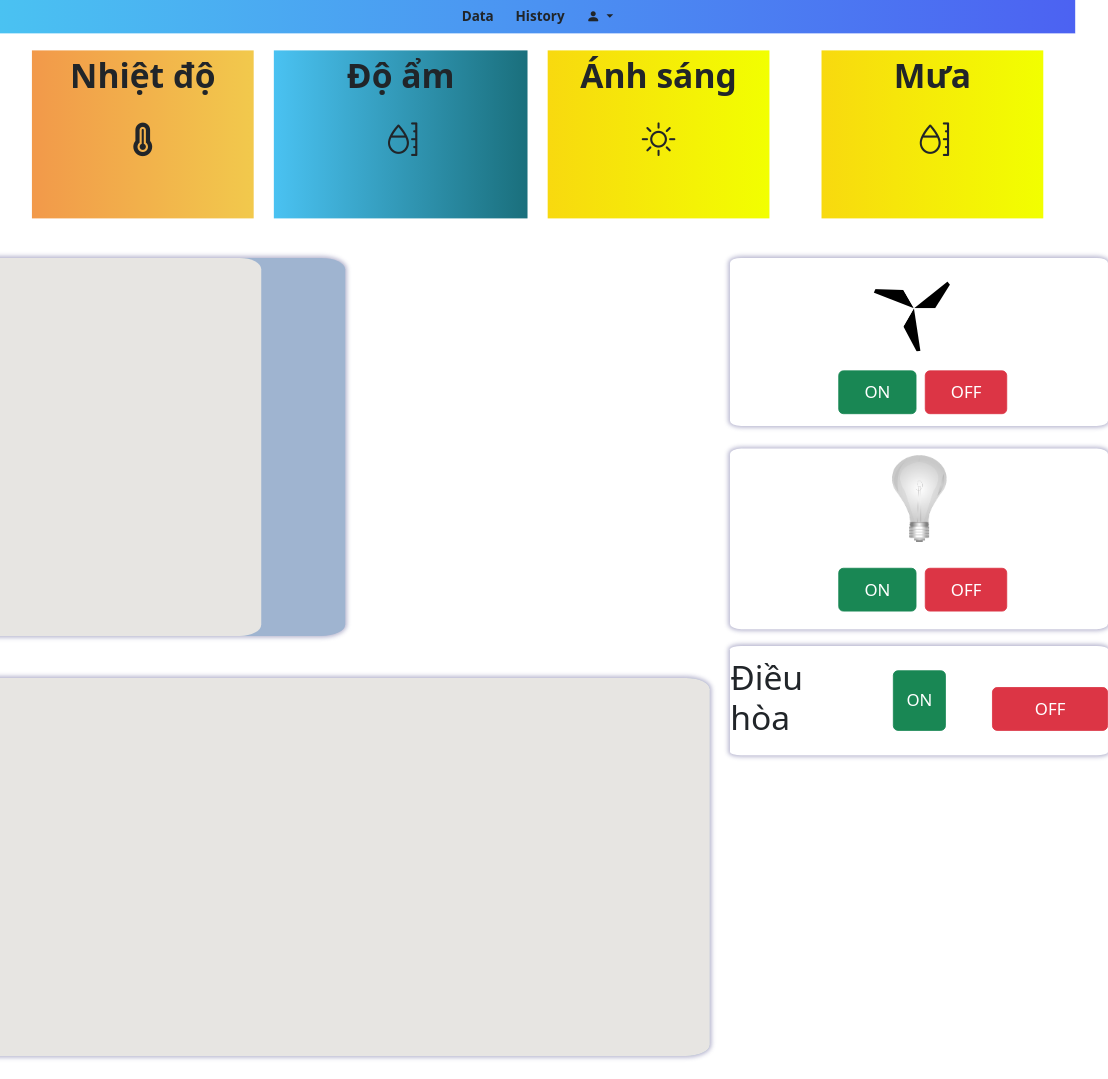
Repository: ndmq03102002/BTL_IOT
Page: Fontend_IOT/iot/index.html
The author's editor kept a copy of each file at every save. The page is drawn from the files as they stood at one save, then again after the next save.
The browser window is 1280 px wide. The page is 1319 px wide, so the pictures cover 1319 px, including what lies to the right of the window. The pictures show the whole page, at 84% of full size.
The page's requests for data from a server got no answer. Some web libraries are served in a nearby version.

Above is the page before, as saved 2023-09-25 00:20:18.

After the next save:
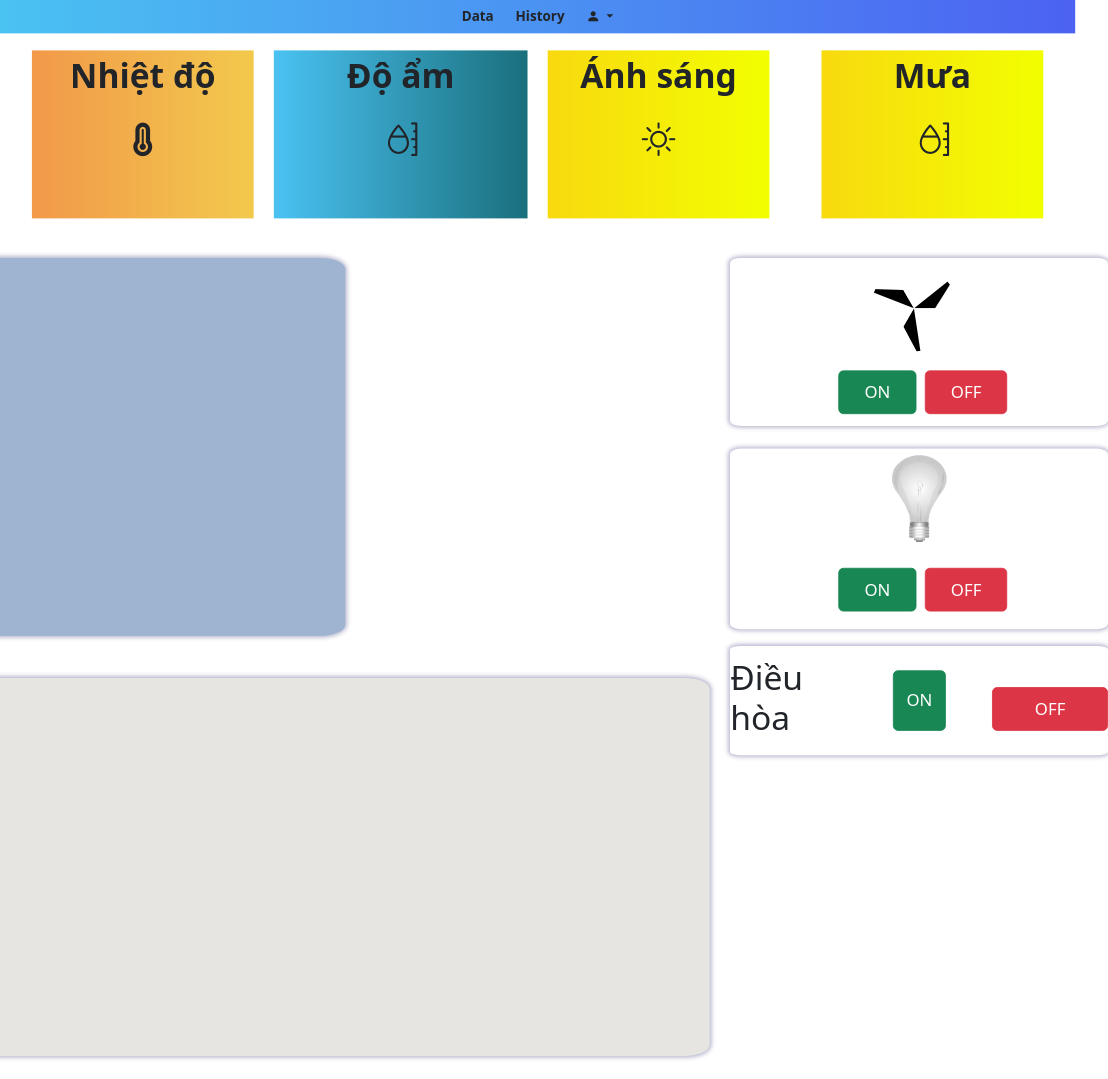
Saved 28 s later.
--- a/Fontend_IOT/iot/index.html
+++ b/Fontend_IOT/iot/index.html
@@ -60,7 +60,7 @@
                 </div>
             </div>
             <div class="col-sm-4 cod-pd" >
-                <div class="block" style="height: 450px;width: 950px; float:right; padding-right:100px">
+                <div class="block" style="height: 450px;width: 950px; float:right; padding-right:1000px">
                     <canvas id="myChart" style="border-radius: 3%; width:100%;height: 100%;background-color: rgb(231, 229, 226);"></canvas>
                 </div>
             </div>
